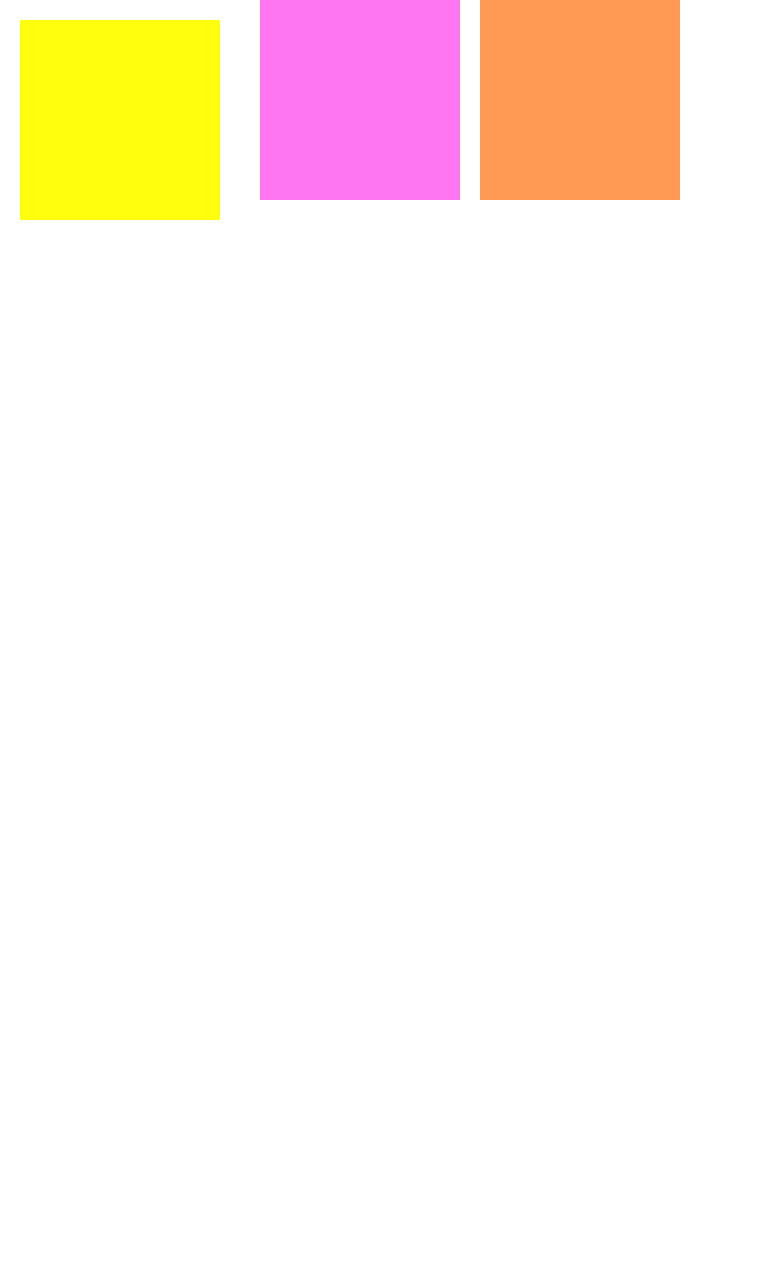
Repository: ling-cen/demo
Layout: Layout_1/res/layout/liner_layout_1.xml
An editor plug-in stored every save of this project. The layout is shown before and after the next save, followed by the edit.
It is drawn on a 768 x 1280 px phone screen (xhdpi) without system bars, with theme AppTheme; the app's code is not run.

Above is the layout before, as saved 2018-12-12 05:32:04.

After the next save:
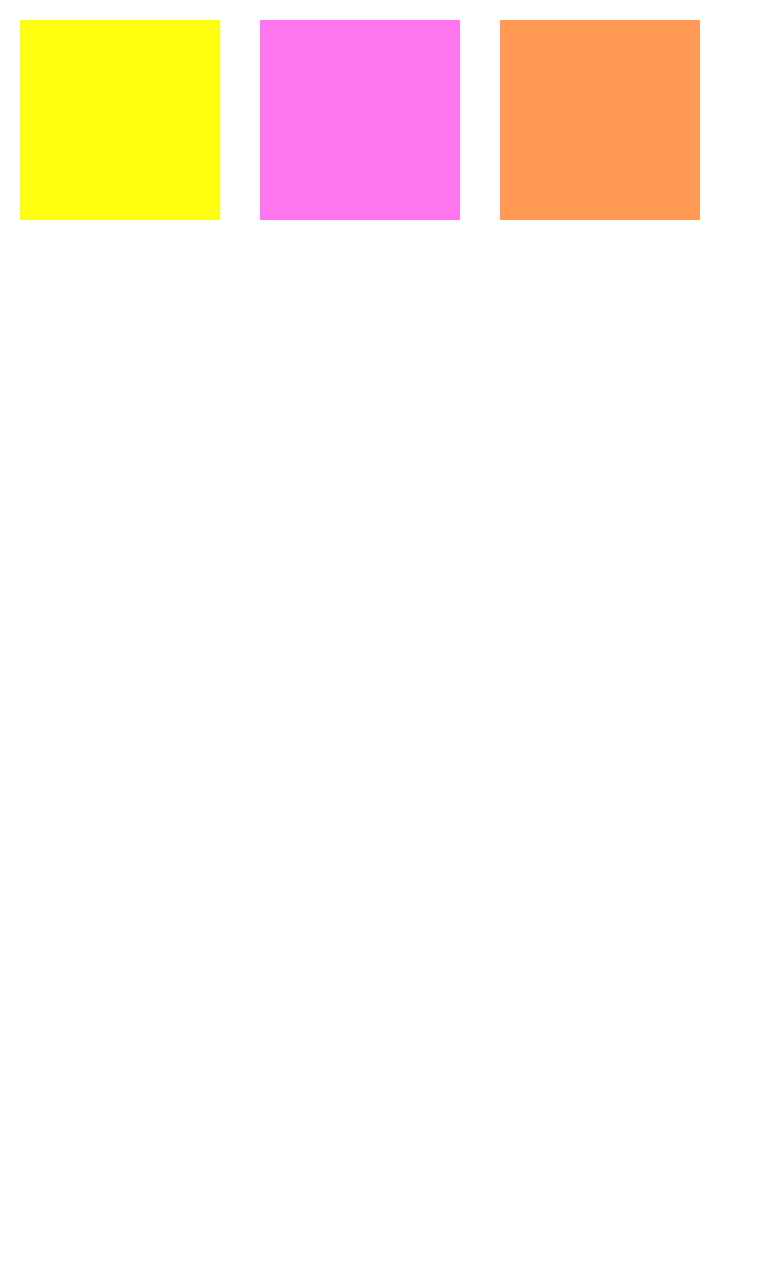
Saved 37 s later.
--- a/Layout_1/res/layout/liner_layout_1.xml
+++ b/Layout_1/res/layout/liner_layout_1.xml
@@ -8,16 +8,15 @@
         android:layout_height="100dp"
         android:background="#FFFF0D"
         android:layout_margin="10dp"
-        android:gravity="bottom"
+
 
         />
    <TextView
        android:layout_width="100dp"
        android:layout_height="100dp"
-       android:layout_gravity="left"
        android:layout_margin="10dp"
        android:background="#FF77F0"
-       android:gravity="bottom"
+
 
        />
 
@@ -25,6 +24,7 @@
        android:layout_width="100dp"
        android:layout_height="100dp"
        android:background="#FF9954"
-       android:gravity="bottom" />
+       android:layout_margin="10dp"
+       />
 
 </LinearLayout>
